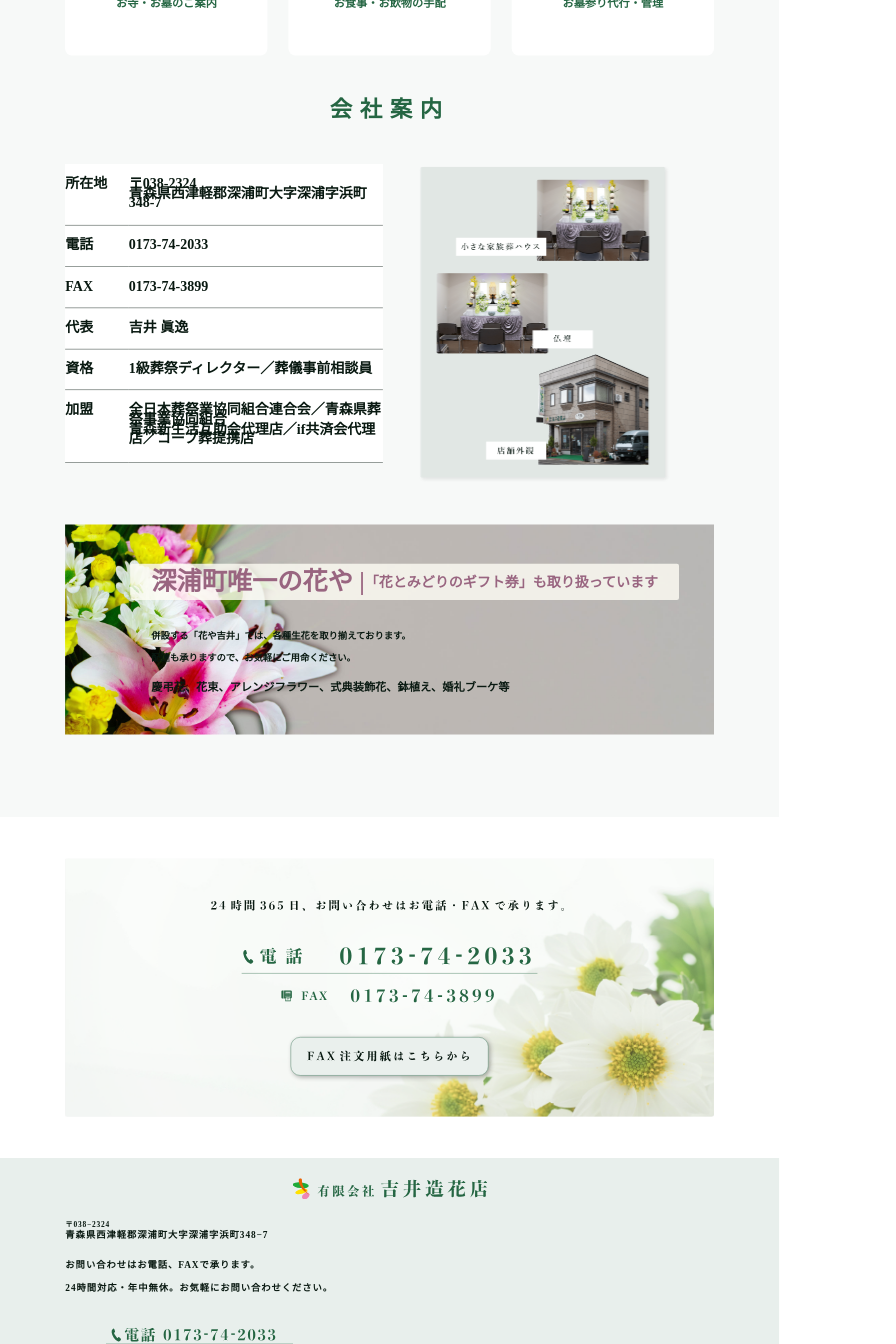
Repository: plus-agc-service-yamauchi/yoshii_scratch_ver3
Page: about.html
An editor plug-in stored every save of this project. The page is shown before and after the next save, followed by the edit.
The browser window is 1280 px wide. The pictures show the part of the page from y = 1086 to 3006 px (the page is 3646 px tall before and 3728 px after), at 70% of full size.
Pictures or frames that could not be fetched are drawn as grey boxes. Some web libraries are served in a nearby version. The style sheet was rebuilt from its Sass, Less or Tailwind sources for each picture, by a compiler version that may differ from the author's.

Above is the page before, as saved 2021-02-01 15:07:32.
Console error (its wording comes from the project's code and is left out).

After the next save:
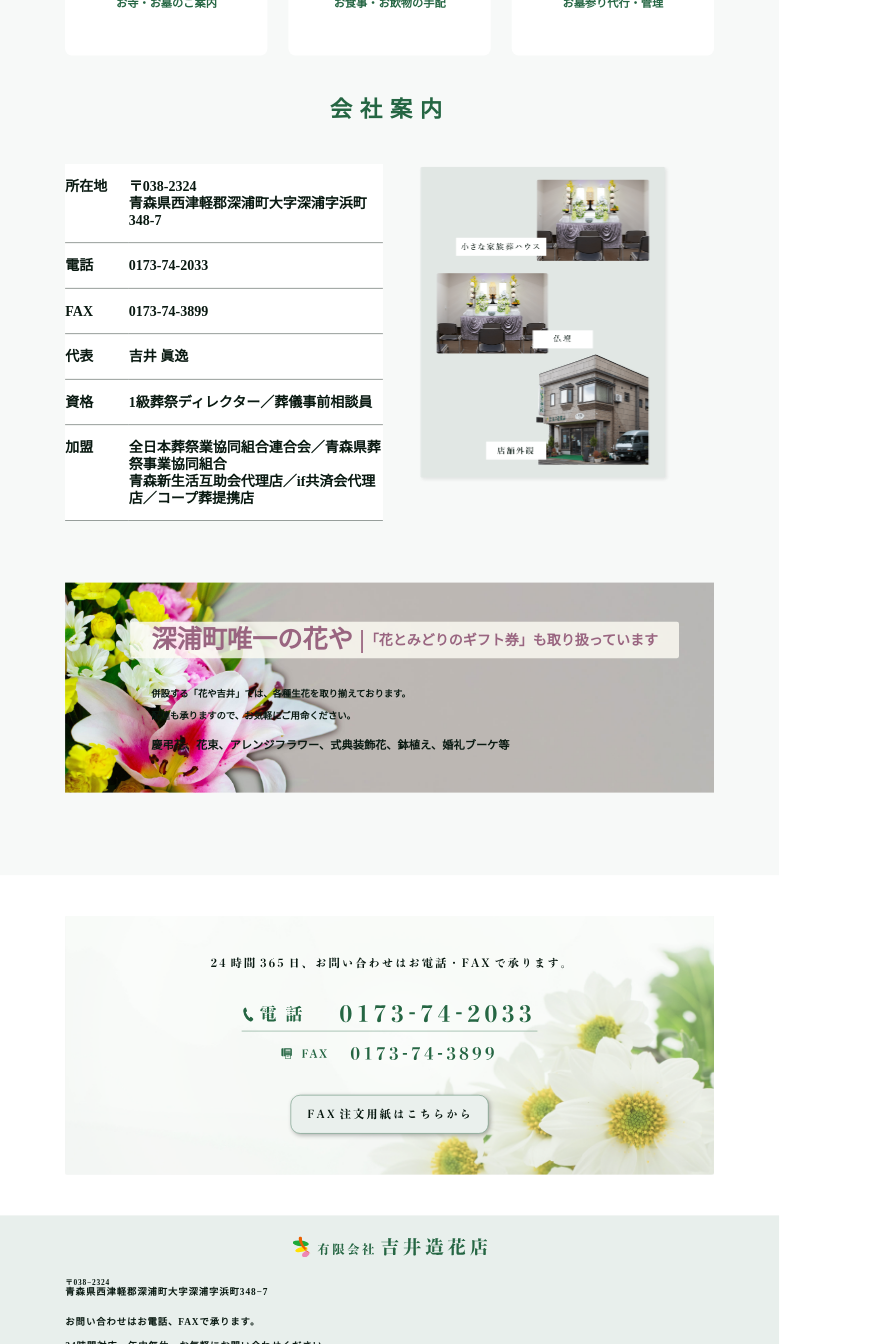
Saved 42 s later.
--- a/scss/about.scss
+++ b/scss/about.scss
@@ -233,7 +233,7 @@ td.tdr {
   }
   td.tdl {
     font-size: 20px;
-    line-height: 1.4rem;
+    line-height: 2.4rem;
     letter-spacing: 1.8;
     width: 20%;
     padding: 20px 0;
@@ -243,7 +243,7 @@ td.tdr {
   td.tdr {
     width: 80%;
     font-size: 20px;
-    line-height: 1.4rem;
+    line-height: 2.4rem;
     letter-spacing: 1.8;
     padding: 20px 0;
     color: #091911;
